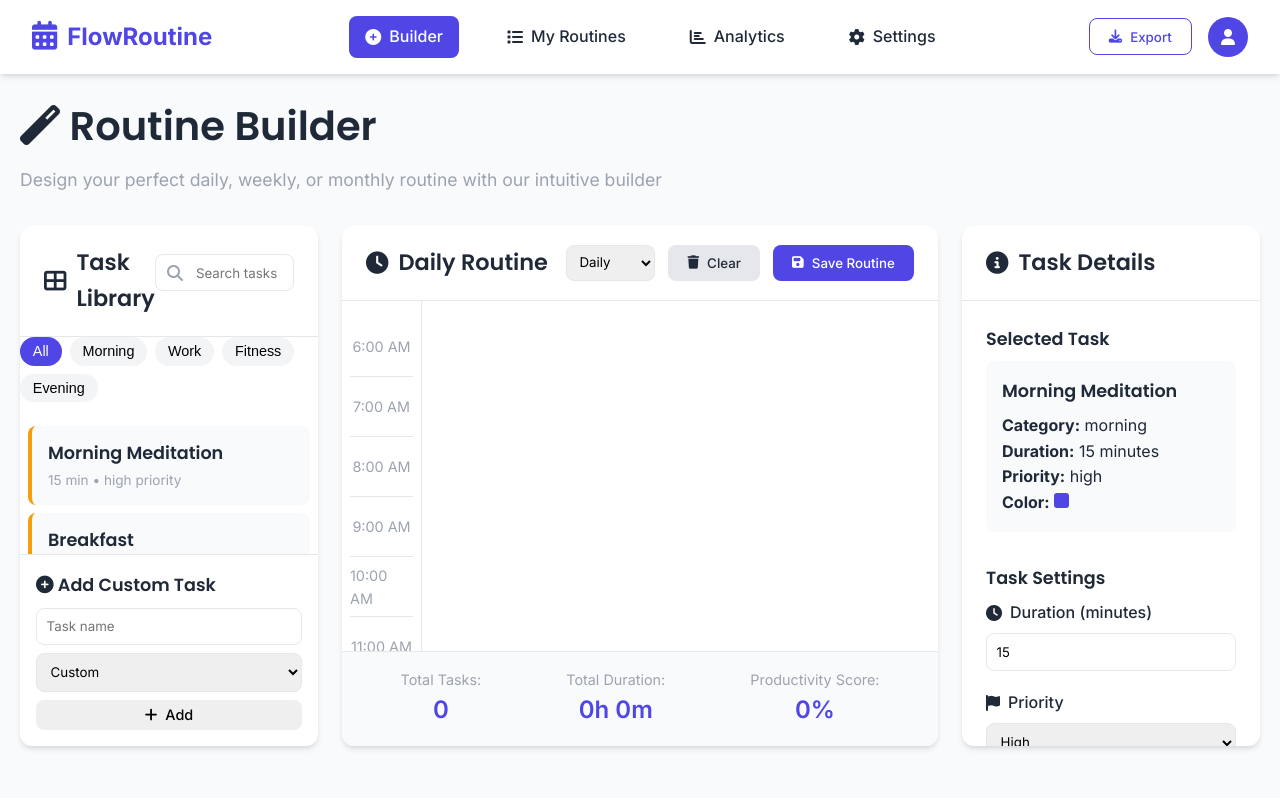
Repository: ZaberMahmud/flowroutine
Page: index.html
The author's editor kept a copy of each file at every save. The page is drawn from the files as they stood at one save, then again after the next save.
The browser window is 1280 px wide. The pictures show the whole page.

Above is the page before, as saved 2026-01-28 22:13:53.

### index.html
<!DOCTYPE html>
<html lang="en">
<head>
    <meta charset="UTF-8">
    <meta name="viewport" content="width=device-width, initial-scale=1.0">
    <title>FlowRoutine | Modern Routine Builder</title>
    <link rel="stylesheet" href="style.css">
    <link rel="stylesheet" href="https://cdnjs.cloudflare.com/ajax/libs/font-awesome/6.4.0/css/all.min.css">
    <link href="https://fonts.googleapis.com/css2?family=Inter:wght@300;400;500;600;700&family=Poppins:wght@400;500;600;700&display=swap" rel="stylesheet">
    <!-- PDF Export Libraries -->
    <script src="https://cdnjs.cloudflare.com/ajax/libs/jspdf/2.5.1/jspdf.umd.min.js"></script>
    <script src="https://cdnjs.cloudflare.com/ajax/libs/html2canvas/1.4.1/html2canvas.min.js"></script>
</head>
<body>
    <!-- Navigation -->
    <nav class="navbar">
        <div class="nav-container">
            <div class="logo">
                <i class="fas fa-calendar-alt"></i>
                <span>FlowRoutine</span>
            </div>
            <div class="nav-links">
                <a href="#" class="nav-link active" data-tab="routine-builder"><i class="fas fa-plus-circle"></i> Builder</a>
                <a href="#" class="nav-link" data-tab="my-routines"><i class="fas fa-list"></i> My Routines</a>
                <a href="#" class="nav-link" data-tab="analytics"><i class="fas fa-chart-bar"></i> Analytics</a>
                <a href="#" class="nav-link" data-tab="settings"><i class="fas fa-cog"></i> Settings</a>
            </div>
            <div class="user-section">
                <button class="btn-outline" id="export-btn"><i class="fas fa-download"></i> Export</button>
                <div class="user-avatar">
                    <i class="fas fa-user"></i>
                </div>
            </div>
        </div>
    </nav>

    <main class="container">
        <!-- Routine Builder Tab -->
        <section id="routine-builder" class="tab-content active">
            <div class="header-section">
                <h1><i class="fas fa-magic"></i> Routine Builder</h1>
                <p class="subtitle">Design your perfect daily, weekly, or monthly routine with our intuitive builder</p>
            </div>

            <div class="builder-container">
                <!-- Left Panel: Task Library -->
                <div class="panel task-library">
                    <div class="panel-header">
                        <h3><i class="fas fa-th-large"></i> Task Library</h3>
                        <div class="search-box">
                            <i class="fas fa-search"></i>
                            <input type="text" placeholder="Search tasks..." id="task-search">
                        </div>
                    </div>
                    <div class="task-categories">
                        <button class="category-btn active" data-category="all">All</button>
                        <button class="category-btn" data-category="morning">Morning</button>
                        <button class="category-btn" data-category="work">Work</button>
                        <button class="category-btn" data-category="fitness">Fitness</button>
                        <button class="category-btn" data-category="evening">Evening</button>
                    </div>
                    <div class="task-list" id="task-library-list">
                        <!-- Task items will be dynamically added here -->
                    </div>
                    <div class="custom-task">
                        <h4><i class="fas fa-plus-circle"></i> Add Custom Task</h4>
                        <div class="custom-task-form">
                            <input type="text" placeholder="Task name" id="custom-task-name">
                            <select id="custom-task-category">
                                <option value="custom">Custom</option>
                                <option value="morning">Morning</option>
                                <option value="work">Work</option>
                                <option value="fitness">Fitness</option>
                                <option value="evening">Evening</option>
                            </select>
                            <button class="btn-small" id="add-custom-task"><i class="fas fa-plus"></i> Add</button>
                        </div>
                    </div>
                </div>

                <!-- Center Panel: Routine Timeline -->
                <div class="panel routine-timeline">
                    <div class="panel-header timeline-header">
                        <h3><i class="fas fa-clock"></i> Daily Routine</h3>
                        <div class="timeline-actions">
                            <select id="routine-type">
                                <option value="daily">Daily</option>
                                <option value="weekly">Weekly</option>
                                <option value="monthly">Monthly</option>
                            </select>
                            <button class="btn-secondary" id="clear-routine"><i class="fas fa-trash"></i> Clear</button>
                            <button class="btn-primary" id="save-routine"><i class="fas fa-save"></i> Save Routine</button>
                        </div>
                    </div>
                    <div class="timeline-container">
                        <div class="time-slots">
                            <!-- Time slots will be dynamically added here -->
                        </div>
                        <div class="routine-tasks" id="routine-tasks-container">
                            <!-- Routine tasks will be dynamically added here -->
                        </div>
                    </div>
                    <div class="routine-summary">
                        <div class="summary-item">
                            <span class="summary-label">Total Tasks:</span>
                            <span class="summary-value" id="total-tasks">0</span>
                        </div>
                        <div class="summary-item">
                            <span class="summary-label">Total Duration:</span>
                            <span class="summary-value" id="total-duration">0h 0m</span>
                        </div>
                        <div class="summary-item">
                            <span class="summary-label">Productivity Score:</span>
                            <span class="summary-value" id="productivity-score">0%</span>
                        </div>
                    </div>
                </div>

                <!-- Right Panel: Task Details -->
                <div class="panel task-details">
                    <div class="panel-header">
                        <h3><i class="fas fa-info-circle"></i> Task Details</h3>
                    </div>
                    <div class="details-container">
                        <div class="detail-section">
                            <h4>Selected Task</h4>
                            <div class="selected-task-info" id="selected-task-info">
                                <p class="no-selection">No task selected. Click on a task to view details.</p>
                            </div>
                        </div>
                        <div class="detail-section">
                            <h4>Task Settings</h4>
                            <div class="task-settings">
                                <div class="setting">
                                    <label for="task-duration"><i class="fas fa-clock"></i> Duration (minutes)</label>
                                    <input type="number" id="task-duration" min="5" max="240" value="30">
                                </div>
                                <div class="setting">
                                    <label for="task-priority"><i class="fas fa-flag"></i> Priority</label>
                                    <select id="task-priority">
                                        <option value="low">Low</option>
                                        <option value="medium" selected>Medium</option>
                                        <option value="high">High</option>
                                    </select>
                                </div>
                                <div class="setting">
                                    <label for="task-color"><i class="fas fa-palette"></i> Color</label>
                                    <div class="color-options">
                                        <div class="color-option" data-color="#4f46e5" style="background-color: #4f46e5;"></div>
                                        <div class="color-option" data-color="#10b981" style="background-color: #10b981;"></div>
                                        <div class="color-option" data-color="#f59e0b" style="background-color: #f59e0b;"></div>
                                        <div class="color-option" data-color="#ef4444" style="background-color: #ef4444;"></div>
                                        <div class="color-option" data-color="#8b5cf6" style="background-color: #8b5cf6;"></div>
                                    </div>
                                </div>
                                <div class="setting">
                                    <label><i class="fas fa-bell"></i> Reminders</label>
                                    <div class="toggle-switch">
                                        <input type="checkbox" id="reminder-toggle">
                                        <span class="toggle-slider"></span>
                                    </div>
                                </div>
                                <button class="btn-secondary full-width" id="update-task-btn" disabled><i class="fas fa-sync-alt"></i> Update Task</button>
                            </div>
                        </div>
                    </div>
                </div>
            </div>
        </section>

        <!-- My Routines Tab -->
        <section id="my-routines" class="tab-content">
            <div class="header-section">
                <h1><i class="fas fa-list"></i> My Routines</h1>
                <p class="subtitle">Manage and organize your saved routines</p>
            </div>
            <div class="routines-container" id="saved-routines">
                <!-- Saved routines will be dynamically added here -->
                <div class="empty-state">
                    <i class="fas fa-calendar-plus"></i>
                    <h3>No routines saved yet</h3>
                    <p>Create your first routine using the Builder tab</p>
                </div>
            </div>
        </section>

        <!-- Analytics Tab -->
        <section id="analytics" class="tab-content">
            <div class="header-section">
                <h1><i class="fas fa-chart-bar"></i> Analytics</h1>
                <p class="subtitle">Track your productivity and routine adherence</p>
            </div>
            <div class="analytics-container">
                <div class="analytics-card">
                    <div class="analytics-header">
                        <h3><i class="fas fa-chart-line"></i> Weekly Completion</h3>
                    </div>
                    <div class="chart-container">
                        <canvas id="completion-chart"></canvas>
                    </div>
                </div>
                <div class="analytics-card">
                    <div class="analytics-header">
                        <h3><i class="fas fa-tasks"></i> Task Distribution</h3>
                    </div>
                    <div class="chart-container">
                        <canvas id="distribution-chart"></canvas>
                    </div>
                </div>
                <div class="analytics-card stats-card">
                    <div class="analytics-header">
                        <h3><i class="fas fa-star"></i> Performance Stats</h3>
                    </div>
                    <div class="stats-grid">
                        <div class="stat-item">
                            <div class="stat-value" id="avg-completion">0%</div>
                            <div class="stat-label">Avg. Completion</div>
                        </div>
                        <div class="stat-item">
                            <div class="stat-value" id="total-hours">0</div>
                            <div class="stat-label">Total Hours</div>
                        </div>
                        <div class="stat-item">
                            <div class="stat-value" id="consistency-streak">0</div>
                            <div class="stat-label">Day Streak</div>
                        </div>
                        <div class="stat-item">
                            <div class="stat-value" id="productivity-trend">+0%</div>
                            <div class="stat-label">Trend</div>
                        </div>
                    </div>
                </div>
            </div>
        </section>

        <!-- Settings Tab -->
        <section id="settings" class="tab-content">
            <div class="header-section">
                <h1><i class="fas fa-cog"></i> Settings</h1>
                <p class="subtitle">Customize your FlowRoutine experience</p>
            </div>
            <div class="settings-container">
                <div class="settings-card">
                    <h3><i class="fas fa-user"></i> Profile</h3>
                    <div class="setting-item">
                        <label for="user-name">Name</label>
                        <input type="text" id="user-name" placeholder="Enter your name">
                    </div>
                    <div class="setting-item">
                        <label for="user-email">Email</label>
                        <input type="email" id="user-email" placeholder="Enter your email">
                    </div>
                    <div class="setting-item">
                        <label for="user-theme">Theme</label>
                        <select id="user-theme">
                            <option value="light">Light</option>
                            <option value="dark">Dark</option>
                            <option value="auto">Auto</option>
                        </select>
                    </div>
                </div>
                <div class="settings-card">
                    <h3><i class="fas fa-bell"></i> Notifications</h3>
                    <div class="setting-item">
                        <label>Task Reminders</label>
                        <div class="toggle-switch">
                            <input type="checkbox" id="notifications-toggle" checked>
                            <span class="toggle-slider"></span>
                        </div>
                    </div>
                    <div class="setting-item">
                        <label>Daily Summary</label>
                        <div class="toggle-switch">
                            <input type="checkbox" id="daily-summary-toggle">
                            <span class="toggle-slider"></span>
                        </div>
                    </div>
                    <div class="setting-item">
                        <label>Weekly Report</label>
                        <div class="toggle-switch">
                            <input type="checkbox" id="weekly-report-toggle">
                            <span class="toggle-slider"></span>
                        </div>
                    </div>
                </div>
                <div class="settings-card">
                    <h3><i class="fas fa-share-alt"></i> Export & Backup</h3>
                    <div class="setting-item">
                        <p>Export your routines as JSON, CSV, or PDF</p>
                        <div class="export-options">
                            <button class="btn-small" id="export-json"><i class="fas fa-file-code"></i> JSON</button>
                            <button class="btn-small" id="export-csv"><i class="fas fa-file-csv"></i> CSV</button>
                            <button class="btn-small" id="export-pdf"><i class="fas fa-file-pdf"></i> PDF</button>
                        </div>
                    </div>
                    <div class="setting-item">
                        <p>Import routines from a JSON file</p>
                        <input type="file" id="import-file" accept=".json" style="display: none;">
                        <button class="btn-outline full-width" id="import-routines"><i class="fas fa-file-import"></i> Import Routines</button>
                    </div>
                </div>
            </div>
        </section>
    </main>

    <!-- Toast Notification -->
    <div id="toast" class="toast">
        <div class="toast-content">
            <i class="fas fa-check-circle"></i>
            <span class="toast-message">Routine saved successfully!</span>
        </div>
    </div>

    <!-- Modal for saving routine -->
    <div id="save-modal" class="modal">
        <div class="modal-content">
            <div class="modal-header">
                <h3><i class="fas fa-save"></i> Save Routine</h3>
                <button class="modal-close">&times;</button>
            </div>
            <div class="modal-body">
                <div class="form-group">
                    <label for="routine-name">Routine Name</label>
                    <input type="text" id="routine-name" placeholder="e.g., Morning Productivity Routine">
                </div>
                <div class="form-group">
                    <label for="routine-description">Description (optional)</label>
                    <textarea id="routine-description" placeholder="Describe your routine..."></textarea>
                </div>
                <div class="form-group">
                    <label for="routine-tags">Tags (comma separated)</label>
                    <input type="text" id="routine-tags" placeholder="e.g., morning, productivity, workout">
                </div>
            </div>
            <div class="modal-footer">
                <button class="btn-secondary modal-cancel">Cancel</button>
                <button class="btn-primary" id="confirm-save">Save Routine</button>
            </div>
        </div>
    </div>

    <!-- Scripts -->
    <script src="https://cdn.jsdelivr.net/npm/chart.js"></script>
    <script src="script.js"></script>
</body>
</html>

Loaded but not shown: script.js (1434 lines, source omitted); style.css (997 lines, source omitted)

After the next save:
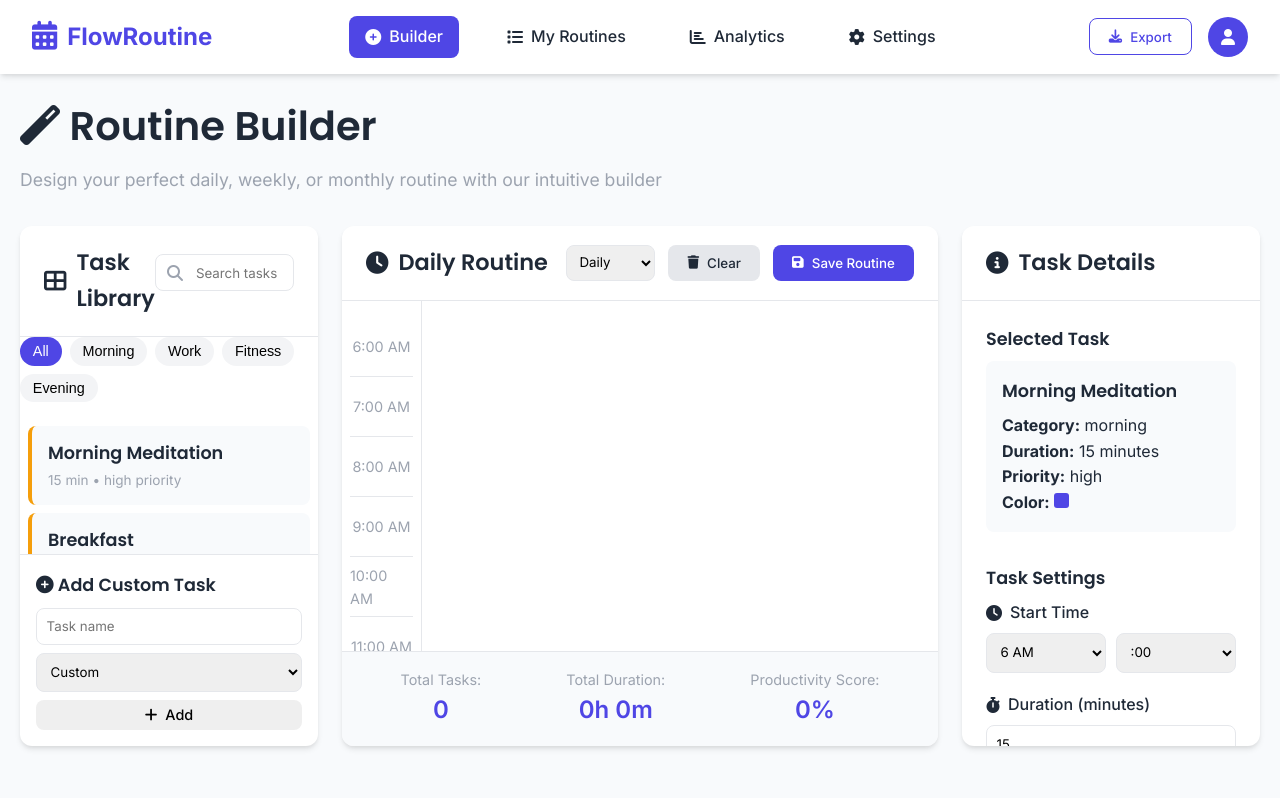
Saved 14 min 3 s later.
--- a/index.html
+++ b/index.html
@@ -131,8 +131,40 @@
                         <div class="detail-section">
                             <h4>Task Settings</h4>
                             <div class="task-settings">
-                                <div class="setting">
-                                    <label for="task-duration"><i class="fas fa-clock"></i> Duration (minutes)</label>
+                                <!-- New Time Setting -->
+                                <div class="setting">
+                                    <label for="task-start-time"><i class="fas fa-clock"></i> Start Time</label>
+                                    <div style="display: flex; gap: 10px; align-items: center;">
+                                        <select id="task-hour" style="flex: 1;">
+                                            <option value="6">6 AM</option>
+                                            <option value="7">7 AM</option>
+                                            <option value="8">8 AM</option>
+                                            <option value="9">9 AM</option>
+                                            <option value="10">10 AM</option>
+                                            <option value="11">11 AM</option>
+                                            <option value="12">12 PM</option>
+                                            <option value="13">1 PM</option>
+                                            <option value="14">2 PM</option>
+                                            <option value="15">3 PM</option>
+                                            <option value="16">4 PM</option>
+                                            <option value="17">5 PM</option>
+                                            <option value="18">6 PM</option>
+                                            <option value="19">7 PM</option>
+                                            <option value="20">8 PM</option>
+                                            <option value="21">9 PM</option>
+                                            <option value="22">10 PM</option>
+                                        </select>
+                                        <select id="task-minute" style="flex: 1;">
+                                            <option value="0">:00</option>
+                                            <option value="15">:15</option>
+                                            <option value="30">:30</option>
+                                            <option value="45">:45</option>
+                                        </select>
+                                    </div>
+                                </div>
+
+                                <div class="setting">
+                                    <label for="task-duration"><i class="fas fa-stopwatch"></i> Duration (minutes)</label>
                                     <input type="number" id="task-duration" min="5" max="240" value="30">
                                 </div>
                                 <div class="setting">
@@ -160,7 +192,8 @@
                                         <span class="toggle-slider"></span>
                                     </div>
                                 </div>
-                                <button class="btn-secondary full-width" id="update-task-btn" disabled><i class="fas fa-sync-alt"></i> Update Task</button>
+                                <button class="btn-primary full-width" id="update-task-btn" disabled><i class="fas fa-sync-alt"></i> Update Task</button>
+                                <button class="btn-secondary full-width" id="remove-task-btn" disabled><i class="fas fa-trash"></i> Remove from Routine</button>
                             </div>
                         </div>
                     </div>
